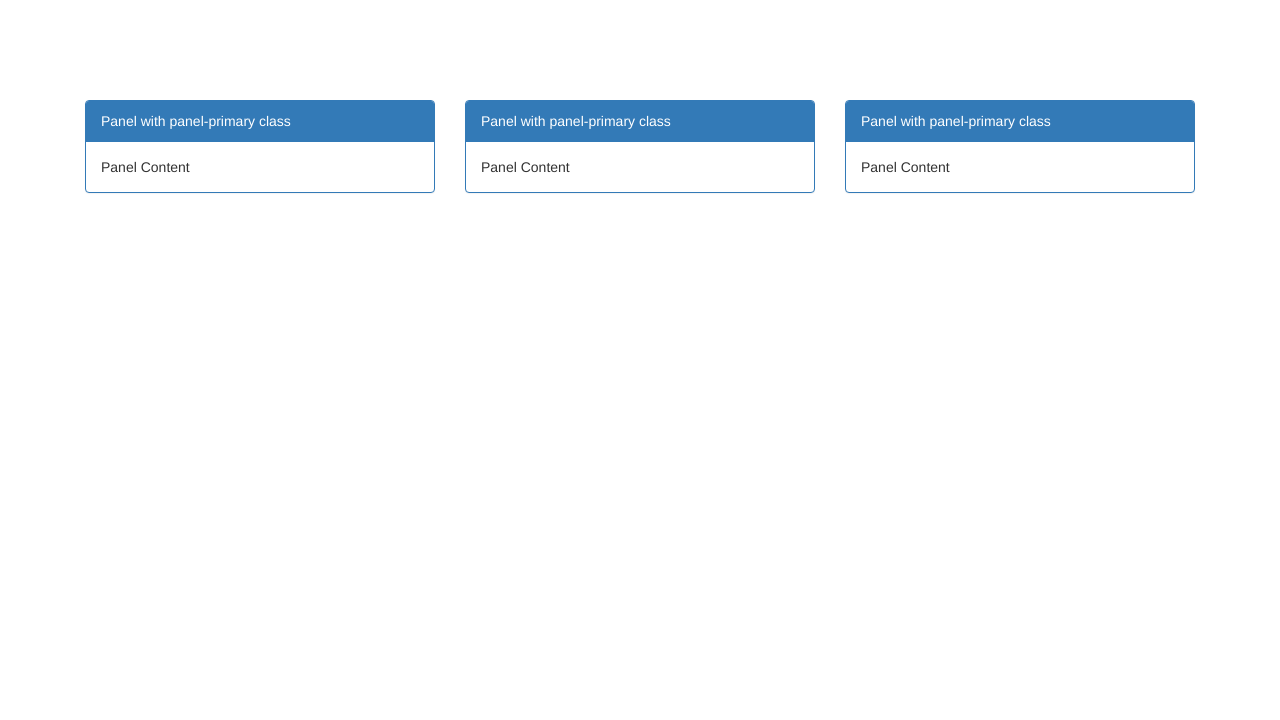
Repository: vivek9520/ITPfinal
Page: http://localhost/ITP/ReportMain.jsp
The author's editor kept a copy of each file at every save. The page is drawn from the files as they stood at one save, then again after the next save.
The browser window is 1280 px wide. The pictures show the whole page.
The page is served by Tomcat 9.

Above is the page before, as saved 2019-10-05 11:17:42.

### ITP 2/ITP/WebContent/ReportMain.jsp
<%@ page language="java" contentType="text/html; charset=UTF-8"
    pageEncoding="UTF-8"%>
<!DOCTYPE html>
<html>
<head>
<meta charset="UTF-8">
<title>Main Report</title>
<meta charset="utf-8">
  <meta name="viewport" content="width=device-width, initial-scale=1">
  <link rel="stylesheet" href="https://maxcdn.bootstrapcdn.com/bootstrap/3.4.0/css/bootstrap.min.css">
  <script src="https://ajax.googleapis.com/ajax/libs/jquery/3.4.1/jquery.min.js"></script>
  <script src="https://maxcdn.bootstrapcdn.com/bootstrap/3.4.0/js/bootstrap.min.js"></script>
<style type="text/css">
.container{
padding-top: 100px;

}

</style>
</head>
<body>
<div class="container">
<div class="col-md-4">
 <div class="panel panel-primary">
      <div class="panel-heading">Panel with panel-primary class</div>
      <div class="panel-body">Panel Content</div>
    </div>
  </div>

<div class="col-md-4">
     <div class="panel panel-primary">
      <div class="panel-heading">Panel with panel-primary class</div>
      <div class="panel-body">Panel Content</div>
    </div>
 </div>
 <div class="col-md-4">
     <div class="panel panel-primary">
      <div class="panel-heading">Panel with panel-primary class</div>
      <div class="panel-body">Panel Content</div>
    </div>
 </div>
 </div>
 </div>
</body>
</html>

After the next save:
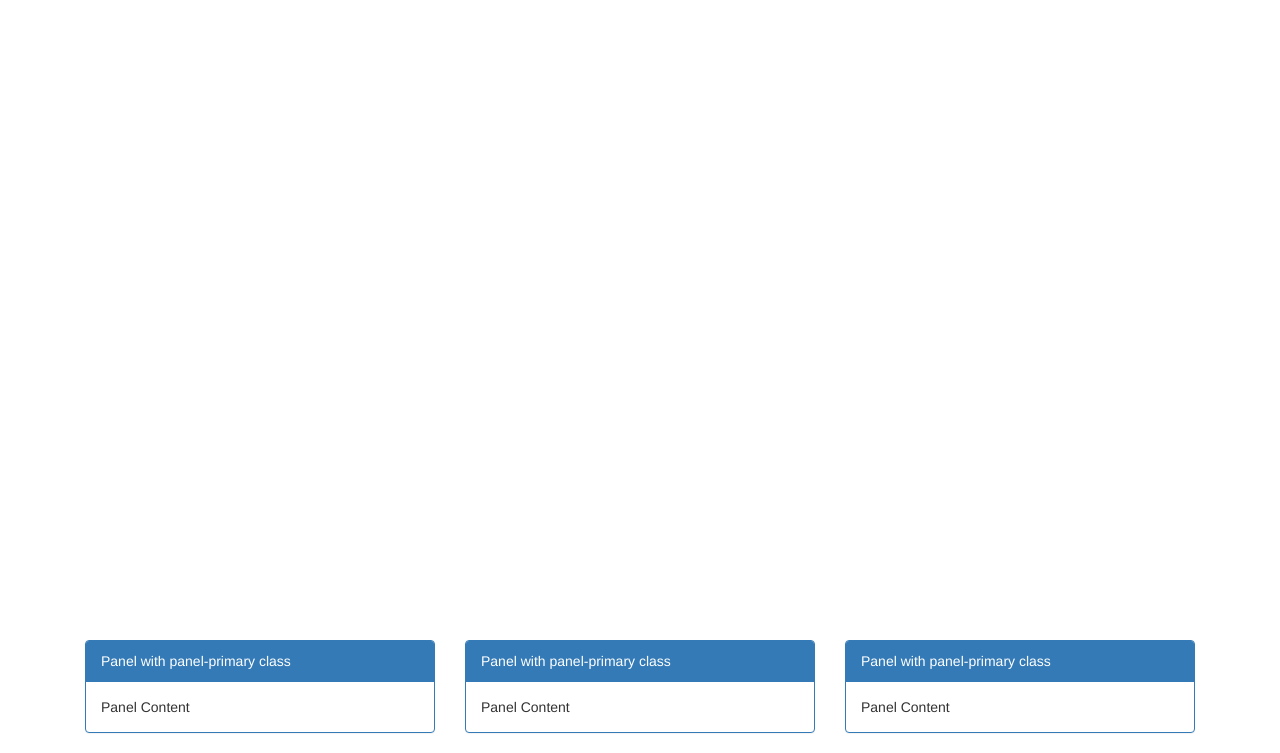
Saved 21 s later.
--- a/ITP 2/ITP/WebContent/ReportMain.jsp
+++ b/ITP 2/ITP/WebContent/ReportMain.jsp
@@ -12,7 +12,7 @@
   <script src="https://maxcdn.bootstrapcdn.com/bootstrap/3.4.0/js/bootstrap.min.js"></script>
 <style type="text/css">
 .container{
-padding-top: 100px;
+padding-top: 50%;
 
 }
 
